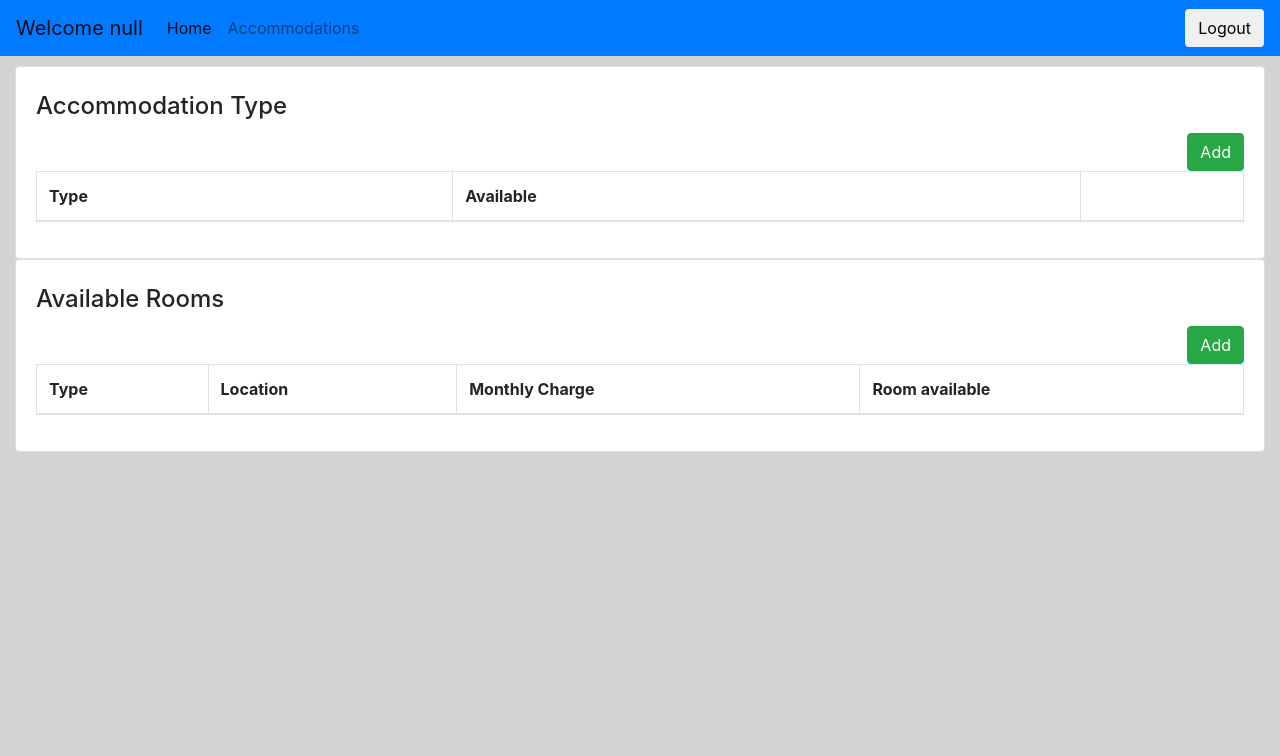
Repository: Bishodeep/AccommodationServlet
Page: http://localhost/AccomodationPortal/welcomeadmin.jsp
The author's editor kept a copy of each file at every save. The page is drawn from the files as they stood at one save, then again after the next save.
The browser window is 1280 px wide. The pictures show the whole page.
The page is served by Tomcat 9. The template is opened directly, without the code that normally fills it, so the values that code supplies are empty.

Above is the page before, as saved 2020-04-17 04:04:59.

After the next save:
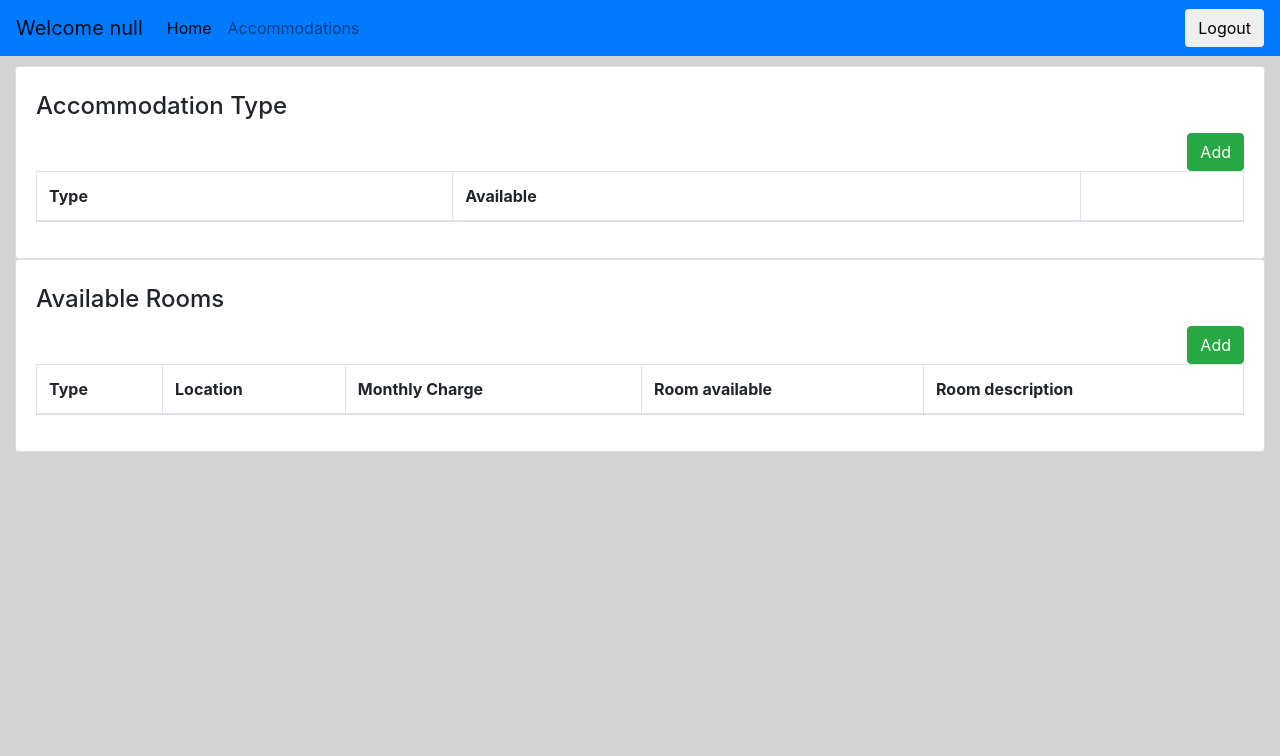
Saved 28 s later.
--- a/AccomodationPortal/WebContent/welcomeadmin.jsp
+++ b/AccomodationPortal/WebContent/welcomeadmin.jsp
@@ -67,7 +67,7 @@
 							<th>Location</th>
 							<th>Monthly Charge</th>
 							<th>Room available</th>
-
+							<th>Room description</th>
 						</tr>
 					</thead>
 					<tbody>
